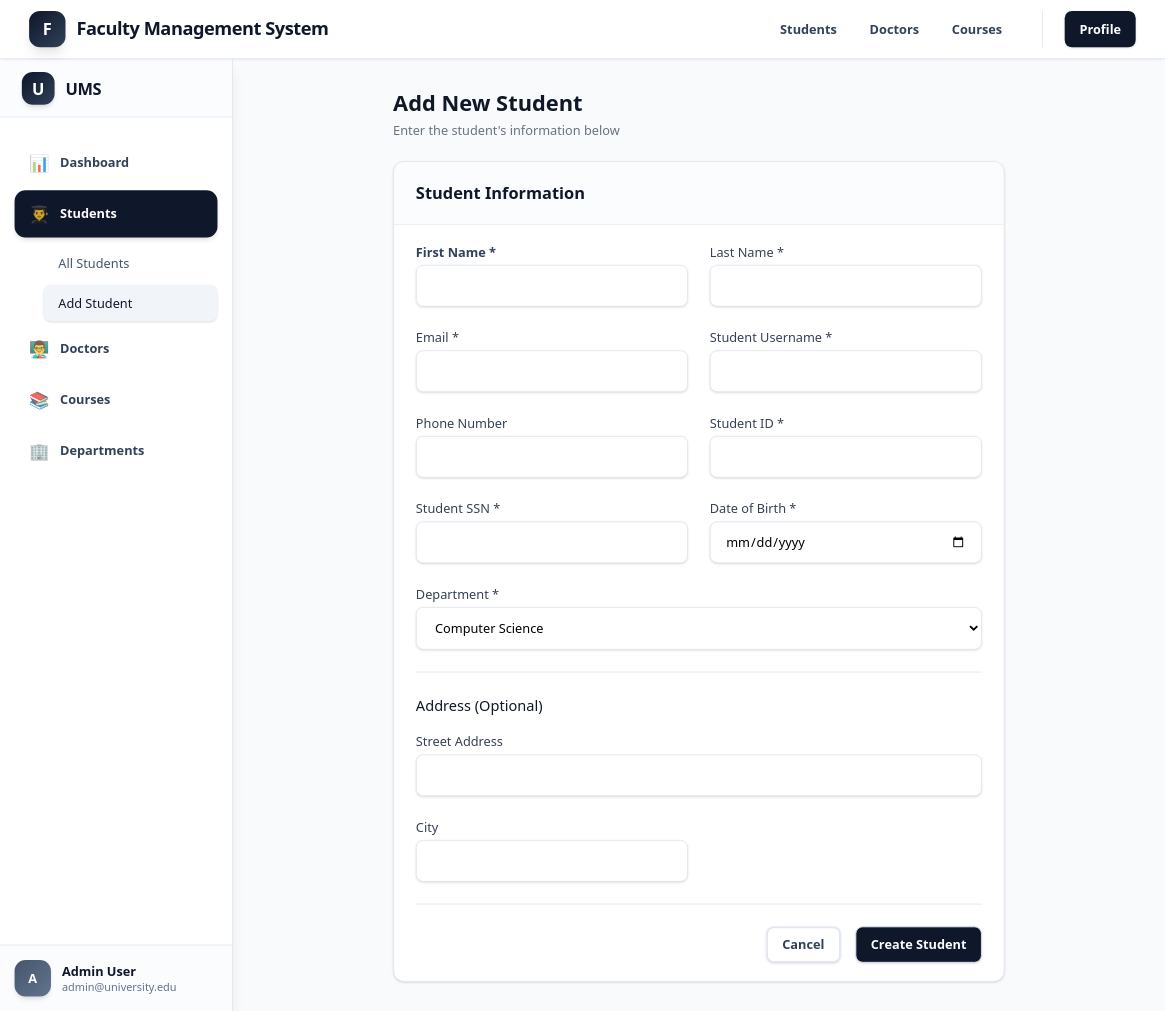
Repository: Mohamedmohsen179/Advanced-DB-Task
Page: /students/new (app in frontend/)
The author's editor kept a copy of each file at every save. The page is drawn from the files as they stood at one save, then again after the next save.
The browser window is 1280 px wide. The pictures show the whole page, at 91% of full size.
The project was rebuilt for these pictures with package versions that can differ from the ones it lists, and the page was loaded fresh each time. The framework's server and built-in components were replaced by stand-ins that run in the browser. Settings that the repository does not hold, such as keys and server addresses, were given made-up values. Also part of the build but not shown: frontend/next.config.ts.

Above is the page before, as saved 2025-11-28 19:38:10.

After the next save:
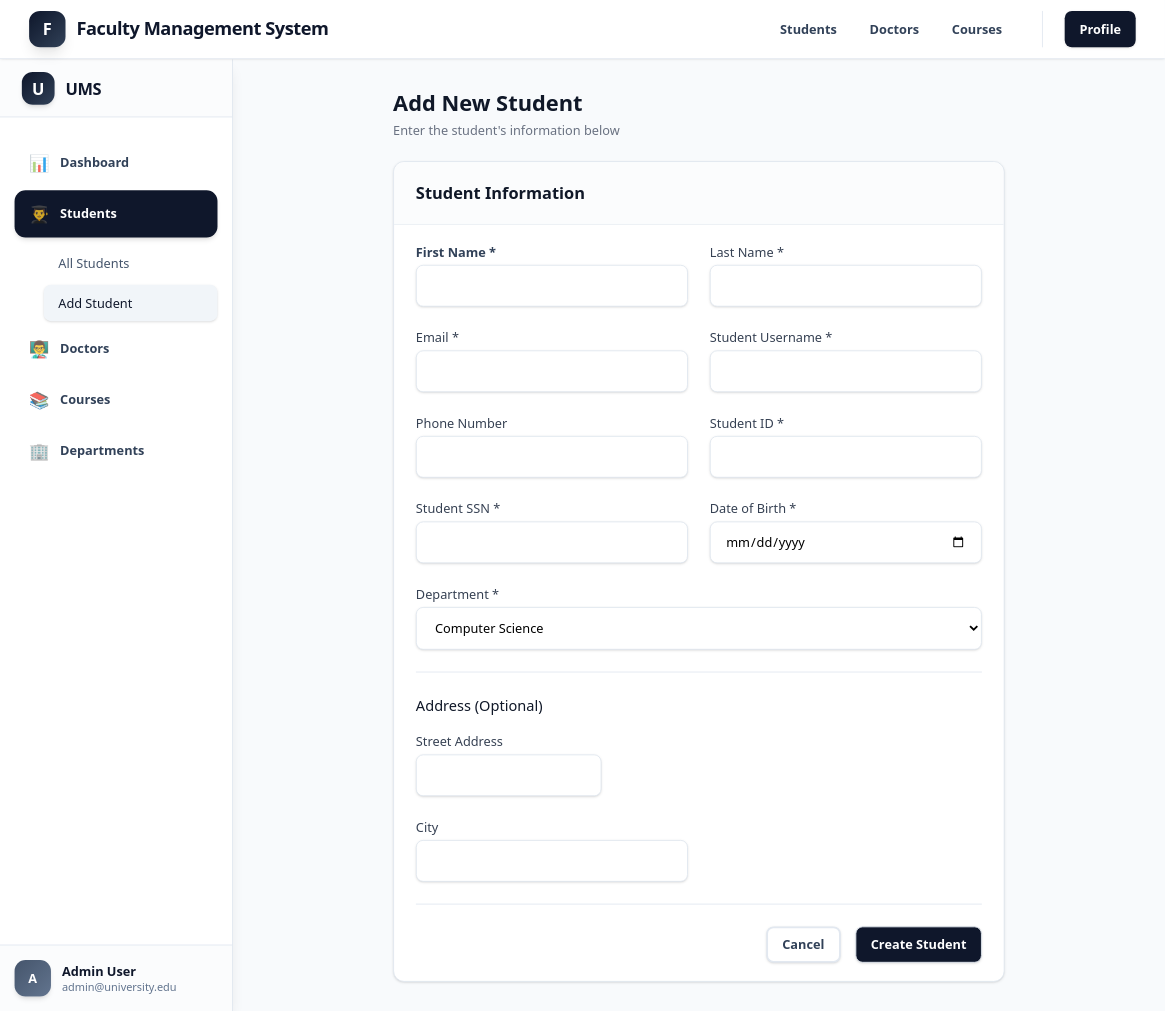
Saved 7 s later.
--- a/frontend/app/students/new/page.tsx
+++ b/frontend/app/students/new/page.tsx
@@ -261,7 +261,7 @@ export default function NewStudentPage() {
                     name="address.street"
                     value={formData.address?.street || ''}
                     onChange={handleInputChange}
-                    className="text-black mt-1 block w-full border border-slate-300 rounded-lg px- py-3 text-sm focus:outline-none focus:ring-2 focus:ring-slate-500 focus:border-slate-500 transition-all duration-200 bg-white shadow-sm"
+                    className="text-black mt-1 block  border border-slate-300 rounded-lg px- py-3 text-sm focus:outline-none focus:ring-2 focus:ring-slate-500 focus:border-slate-500 transition-all duration-200 bg-white shadow-sm"
                   />
                 </div>
 

After the save that followed:
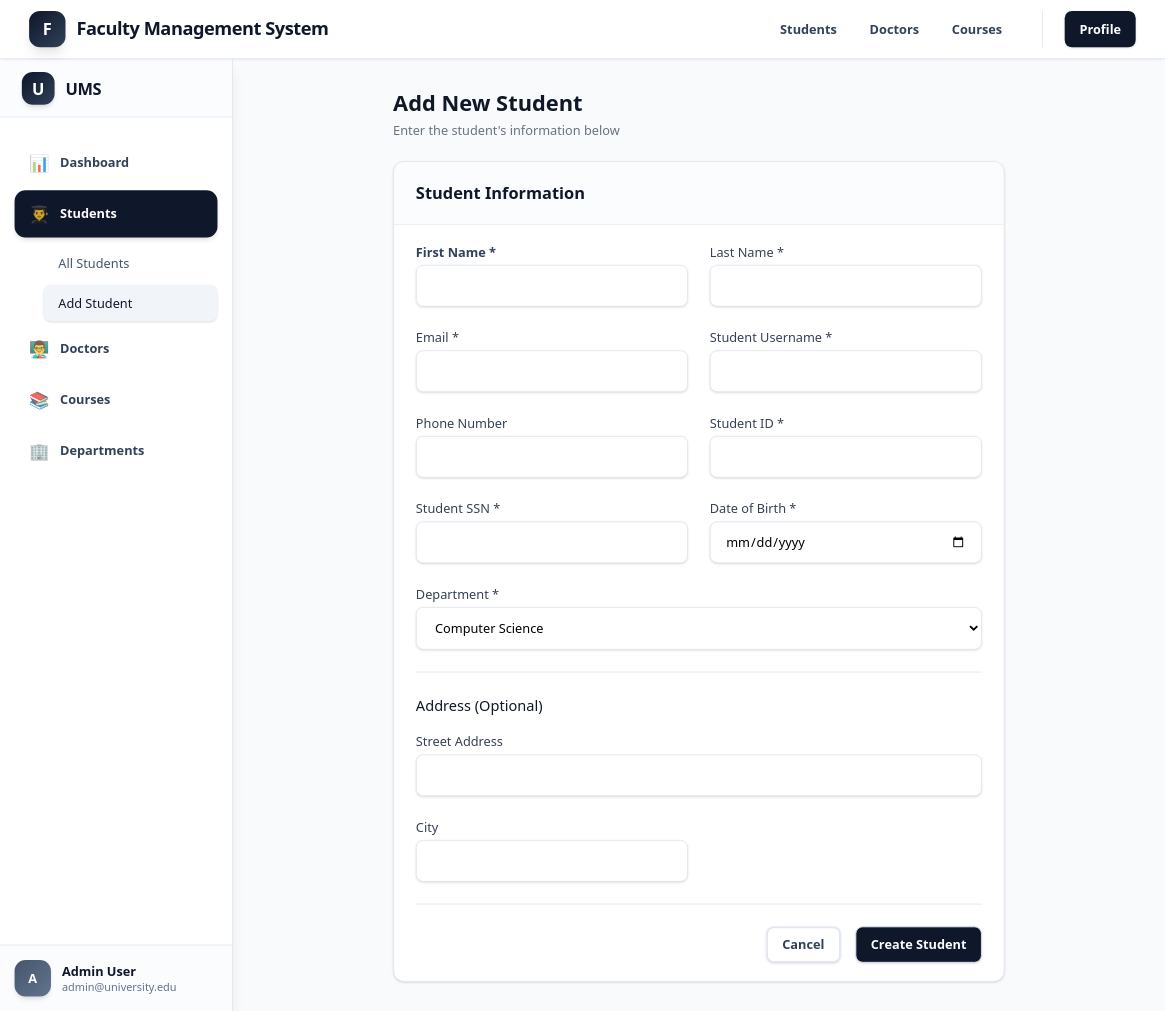
Saved 9 s later.
--- a/frontend/app/students/new/page.tsx
+++ b/frontend/app/students/new/page.tsx
@@ -261,7 +261,7 @@ export default function NewStudentPage() {
                     name="address.street"
                     value={formData.address?.street || ''}
                     onChange={handleInputChange}
-                    className="text-black mt-1 block  border border-slate-300 rounded-lg px- py-3 text-sm focus:outline-none focus:ring-2 focus:ring-slate-500 focus:border-slate-500 transition-all duration-200 bg-white shadow-sm"
+                    className="text-black mt-1  w-full border border-slate-300 rounded-lg px- py-3 text-sm focus:outline-none focus:ring-2 focus:ring-slate-500 focus:border-slate-500 transition-all duration-200 bg-white shadow-sm"
                   />
                 </div>
 
